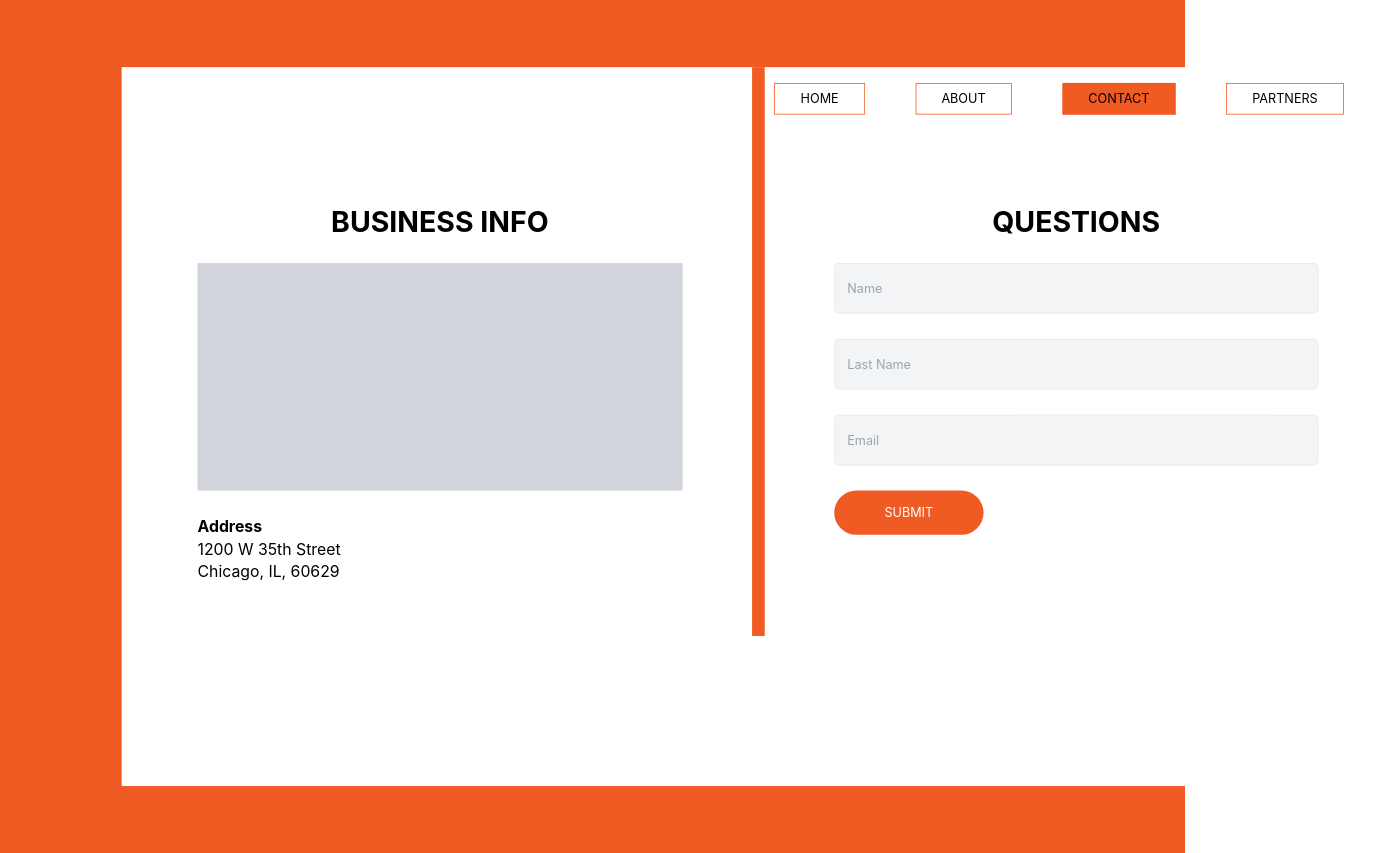
Repository: legenddev1202/whyclicktv
Page: /contact
The author's editor kept a copy of each file at every save. The page is drawn from the files as they stood at one save, then again after the next save.
The browser window is 1280 px wide. The page is 1765 px wide, then 1500 px, then 1765 px, so the pictures cover 1765 px, including what lies to the right of the window. The pictures show the whole page, at 79% of full size.
The project was rebuilt for these pictures with package versions that can differ from the ones it lists, and the page was loaded fresh each time. Also part of the build but not shown: src/App.css, src/pages/home.js, src/pages/about.js, src/pages/partners.js, src/pages/referral.js.

Above is the page before, as saved 2022-03-31 14:16:43.

### public/index.html
<!DOCTYPE html>
<html lang="en">
  <head>
    <meta charset="utf-8" />
    <link rel="icon" href="%PUBLIC_URL%/favicon.ico" />
    <meta name="viewport" content="width=device-width, initial-scale=1" />
    <meta name="theme-color" content="#000000" />
    <meta name="description" content="why-click" />
    <link rel="apple-touch-icon" href="%PUBLIC_URL%/favicon.ico" />
    <!--
      manifest.json provides metadata used when your web app is installed on a
      user's mobile device or desktop. See https://developers.google.com/web/fundamentals/web-app-manifest/
    -->
    <link rel="manifest" href="%PUBLIC_URL%/manifest.json" />
    <!--
      Notice the use of %PUBLIC_URL% in the tags above.
      It will be replaced with the URL of the `public` folder during the build.
      Only files inside the `public` folder can be referenced from the HTML.

      Unlike "/favicon.ico" or "favicon.ico", "%PUBLIC_URL%/favicon.ico" will
      work correctly both with client-side routing and a non-root public URL.
      Learn how to configure a non-root public URL by running `npm run build`.
    -->
    <title>WhyClick.tv</title>
  </head>
  <body>
    <noscript>WhyClick.tv</noscript>
    <div id="root"></div>
    <!--
      This HTML file is a template.
      If you open it directly in the browser, you will see an empty page.

      You can add webfonts, meta tags, or analytics to this file.
      The build step will place the bundled scripts into the <body> tag.

      To begin the development, run `npm start` or `yarn start`.
      To create a production bundle, use `npm run build` or `yarn build`.
    -->
  </body>
</html>

### src/index.css
@tailwind base;
@tailwind components;
@tailwind utilities;

body {
  margin: 0;
  font-family: -apple-system, BlinkMacSystemFont, "Segoe UI", "Roboto", "Oxygen",
    "Ubuntu", "Cantarell", "Fira Sans", "Droid Sans", "Helvetica Neue",
    sans-serif;
  -webkit-font-smoothing: antialiased;
  -moz-osx-font-smoothing: grayscale;
  height: 100%;
  min-height: 700px;
  min-width: 1500px;
}

code {
  font-family: source-code-pro, Menlo, Monaco, Consolas, "Courier New",
    monospace;
}

### src/App.js
import { Routes, Route, Link } from "react-router-dom";
import "./App.css";
import Home from "./pages/home";
import About from "./pages/about";
import Contact from "./pages/contact";
import Partners from "./pages/partners";
import Referral from "./pages/referral";

function App() {
  return (
    <Routes>
      <Route path="/" element={<Home />} />
      <Route path="about" element={<About />} />
      <Route path="contact" element={<Contact />} />
      <Route path="partners" element={<Partners />} />
      <Route path="referrel" element={<Referral />} />
    </Routes>
  );
}

export default App;

### src/pages/contact.js
import React from "react";
import { Routes, Route, Link } from "react-router-dom";

function Contact() {
  return (
    <div style={{ padding: "85px 154px", backgroundColor: "#F05A23" }}>
      <div
        className="relative h-full w-full"
        style={{ height: 910, width: 1611, backgroundColor: "white" }}
      >
        <div className="bg-transparent w-full h-20 flex items-center px-8 justify-between z-20 absolute">
          <div></div>
          <div className="bg-transparent">
            <button
              className="h-10 px-8 mx-8 border"
              style={{ borderColor: "#F05A23", backgroundColor: "white" }}
            >
              <Link to="/">HOME</Link>
            </button>
            <button
              className="h-10 px-8 mx-8 border"
              style={{ borderColor: "#F05A23", backgroundColor: "white" }}
            >
              <Link to="/about">ABOUT</Link>
            </button>
            <button
              className="h-10 px-8 mx-8 border"
              style={{ borderColor: "#F05A23", backgroundColor: "#F05A23" }}
            >
              <Link to="/contact">CONTACT</Link>
            </button>
            <button
              className="h-10 px-8 mx-8 border"
              style={{ borderColor: "#F05A23" }}
            >
              <Link to="/partners">PARTNERS</Link>
            </button>
          </div>
        </div>
        <div
          className="absolute w-4 h-full left-0 right-0 mx-auto z-10"
          style={{ backgroundColor: "#F05A23", height: "100vh" }}
        ></div>
        <div className="w-full mt-20 absolute p-12 flex">
          <div className="w-1/2 p-12 pr-24 flex flex-col items-center">
            <div className="text-4xl font-bold">BUSINESS INFO</div>
            <div className="w-full h-72 bg-gray-300 mt-8"></div>
            <div className="mt-8 self-start">
              <div className="text-xl font-bold">Address</div>
              <div className="text-xl">1200 W 35th Street </div>
              <div className="text-xl">Chicago, IL, 60629 </div>
            </div>
          </div>
          <div className="w-1/2 p-12 pl-24 flex flex-col items-center">
            <div className="text-4xl font-bold">QUESTIONS</div>
            <div className="w-full mt-8">
              <input
                className="w-full rounded-md h-16 border px-4 bg-gray-100"
                placeholder="Name"
              ></input>
              <div className="w-full mt-8">
                <input
                  className="w-full rounded-md h-16 border px-4 bg-gray-100"
                  placeholder="Last Name"
                ></input>
              </div>

              <div className="w-full mt-8">
                <input
                  className="w-full rounded-md h-16 border px-4 bg-gray-100"
                  placeholder="Email"
                ></input>
              </div>
            </div>
            <div className="self-start mt-8">
              <button
                className="p-4 rounded-full px-16"
                style={{ backgroundColor: "#F05A23", color: "white" }}
              >
                SUBMIT
              </button>
            </div>
          </div>
        </div>
      </div>
    </div>
  );
}

export default Contact;

Loaded but not shown: src/index.js (common file); src/reportWebVitals.js (common file); tailwind.config.js (common file)

After the next save:
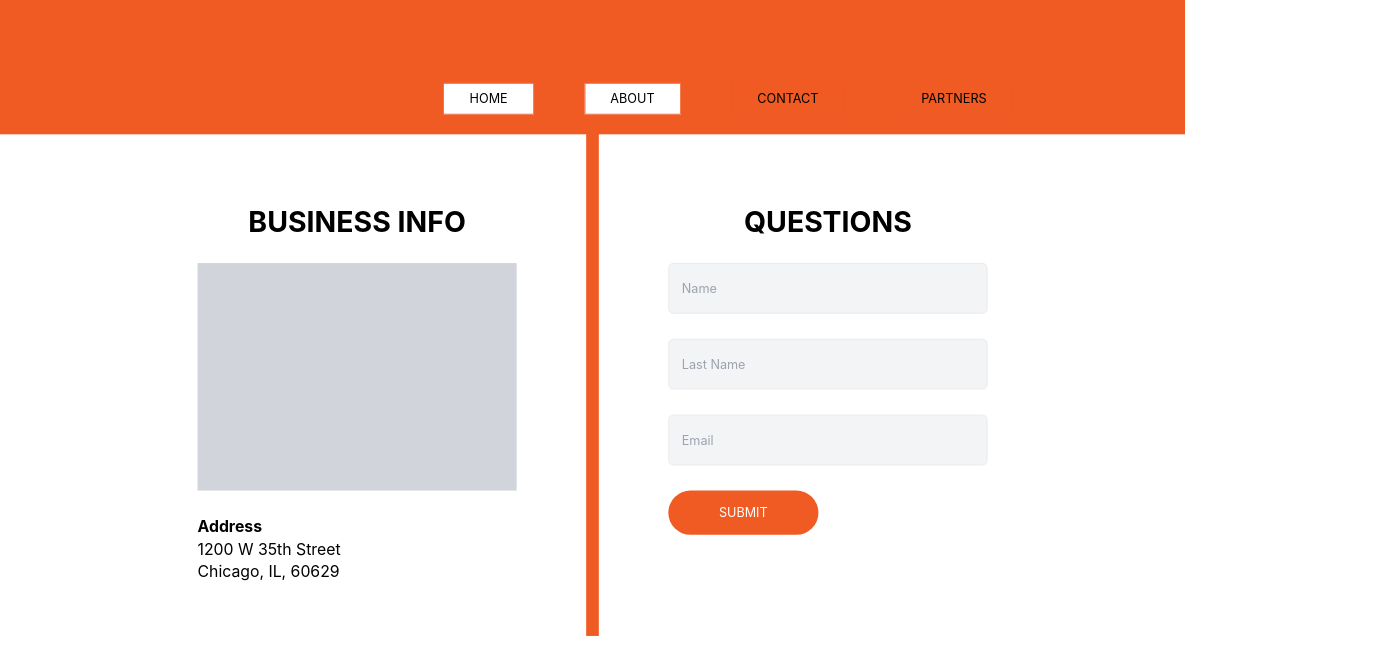
Saved 56 s later.
--- a/src/pages/contact.js
+++ b/src/pages/contact.js
@@ -6,7 +6,7 @@ function Contact() {
     <div style={{ padding: "85px 154px", backgroundColor: "#F05A23" }}>
       <div
         className="relative h-full w-full"
-        style={{ height: 910, width: 1611, backgroundColor: "white" }}
+        style={{ backgroundColor: "white" }}
       >
         <div className="bg-transparent w-full h-20 flex items-center px-8 justify-between z-20 absolute">
           <div></div>

After the save that followed:
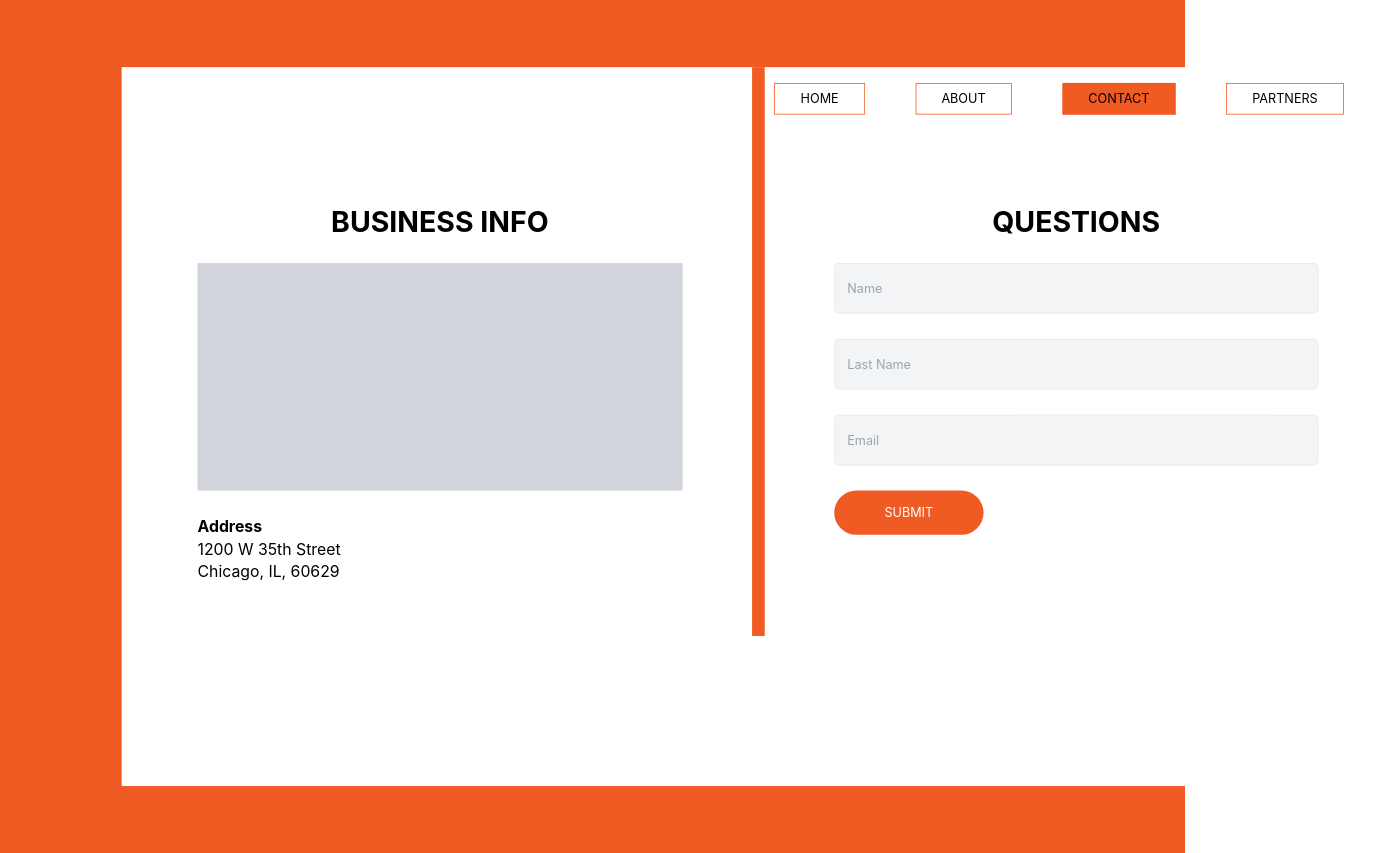
Saved 10 s later.
--- a/src/pages/contact.js
+++ b/src/pages/contact.js
@@ -6,7 +6,7 @@ function Contact() {
     <div style={{ padding: "85px 154px", backgroundColor: "#F05A23" }}>
       <div
         className="relative h-full w-full"
-        style={{ backgroundColor: "white" }}
+        style={{ height: 910, width: 1611, backgroundColor: "white" }}
       >
         <div className="bg-transparent w-full h-20 flex items-center px-8 justify-between z-20 absolute">
           <div></div>
